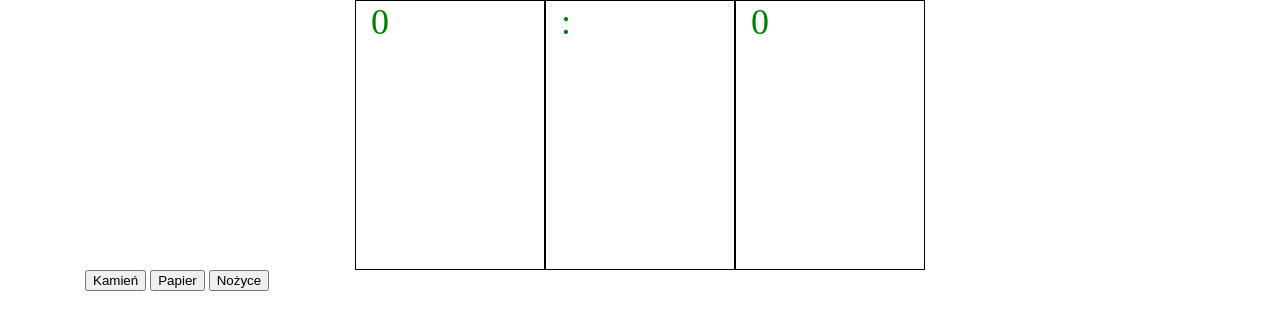
Repository: ulasup/javascript-prework
Page: index.html
These files come from the project's save history. The page is drawn as it stood at one moment and after the next save; the edit follows.
The browser window is 1280 px wide. The pictures show the whole page.
Some web libraries are served in a nearby version. The style sheet was rebuilt from its Sass, Less or Tailwind sources for each picture, by a compiler version that may differ from the author's.

Above is the page before, as saved 2020-12-12 17:05:07.

### index.html
<!DOCTYPE html>
<html lang="en">
<head>
	<meta charset="UTF-8">
	<title>Kamień, papier, nożyce</title>
	<link rel="stylesheet" href="https://cdnjs.cloudflare.com/ajax/libs/font-awesome/5.9.0/css/all.min.css">
    <link rel="stylesheet" href="vendor/bootstrap-grid.css">
	<link rel="stylesheet" href="css/style.css">
</head>
<body>
	<div class="container">
		<div class=row>
		<div class="player col-2">0</div>
		<div class="score col-2">:</div>
		<div class="computer col-2">0</div>
		</div>
		<div id="buttons">
			<button id="button-rock" type="button">Kamień</button>
			<button id="button-paper" type="button">Papier</button>
			<button id="button-scissors" type="button">Nożyce</button>
		</div>
		<div id="messages"></div>
	</div>
	<script src="js/functions.js"></script>
	<script src="js/script.js"></script>
</body>
</html>

### js/script.js
let buttonRock, buttonPaper, buttonScissors,
playerScore=0,
computerScore=0;

buttonRock = document.getElementById('button-rock');
buttonPaper = document.getElementById('button-paper');
buttonScissors = document.getElementById('button-scissors');

function buttonClicked(argButtonName) {
  clearMessages();

  let computerMove, playerMove, randomNumber;

  function getMoveName(argMoveId) {
    if (argMoveId == 1) {
      return 'kamień';
    } else if (argMoveId == 2) {
      return 'papier';
    } else if (argMoveId == 3) {
      return 'nożyce';
    } else {
      printMessage('Nie znam ruchu o id ' + argMoveId + '. Zakładam, że chodziło o "kamień".');
      return 'kamień';
    }
  }

  function displayResult(argPlayerMove, argComputerMove) {
    if (argPlayerMove == 'papier' && argComputerMove == 'kamień') {
      playerScore++;
      printMessage('Brawo! Zdobywasz punkt!');
    }
    else if (argPlayerMove == 'kamień' && argComputerMove == 'nożyce') {
      playerScore++;
      printMessage('Brawo! Zdobywasz punkt!');
    }
    else if (argPlayerMove == 'nożyce' && argComputerMove == 'papier') {
      playerScore++;
      printMessage('Brawo! Zdobywasz punkt!');
    }
    else if (argPlayerMove == argComputerMove) {
      printMessage('Remis!');
    }
    else {
      computerScore++;
      printMessage('Komputer zdobył punkt!');
    }
    printMessage('Komputer zagrał ' + argComputerMove + ', a Ty ' + argPlayerMove);
  }

  playerMove = argButtonName;
  randomNumber = Math.floor(Math.random() * 3 + 1);
  computerMove = getMoveName(randomNumber);

  if (playerScore == 3) {
    printMessage('Koniec gry! Wygrałeś');
  }
  else if (computerScore == 3) {
    printMessage('Koniec gry! Przegrałeś :(');
  }
  else displayResult(playerMove, computerMove);
}

buttonRock.addEventListener('click', function(){ buttonClicked('kamień'); });
buttonPaper.addEventListener('click', function(){ buttonClicked('papier'); });
buttonScissors.addEventListener('click', function(){ buttonClicked('nożyce'); });

### sass/style.scss
body {
    margin: auto;
}
.row {
    justify-content: center;
}
.player, .computer, .score {
    min-height: 270px;
    color: green;
    font-size: 36px;
    border: 1px solid black;
    align-items: center;
}

Loaded but not shown: vendor/bootstrap-grid.css (library); js/functions.js (common file)

After the next save:
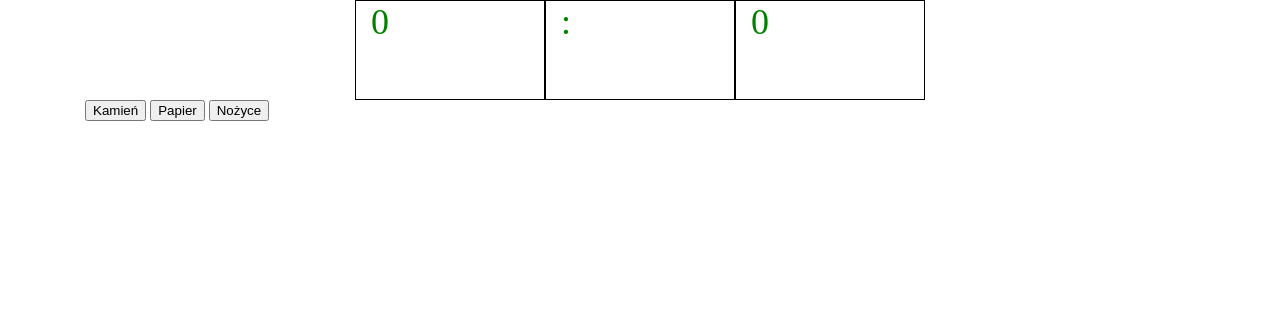
Saved 20 s later.
--- a/sass/style.scss
+++ b/sass/style.scss
@@ -5,7 +5,7 @@ body {
     justify-content: center;
 }
 .player, .computer, .score {
-    min-height: 270px;
+    min-height: 100px;
     color: green;
     font-size: 36px;
     border: 1px solid black;
